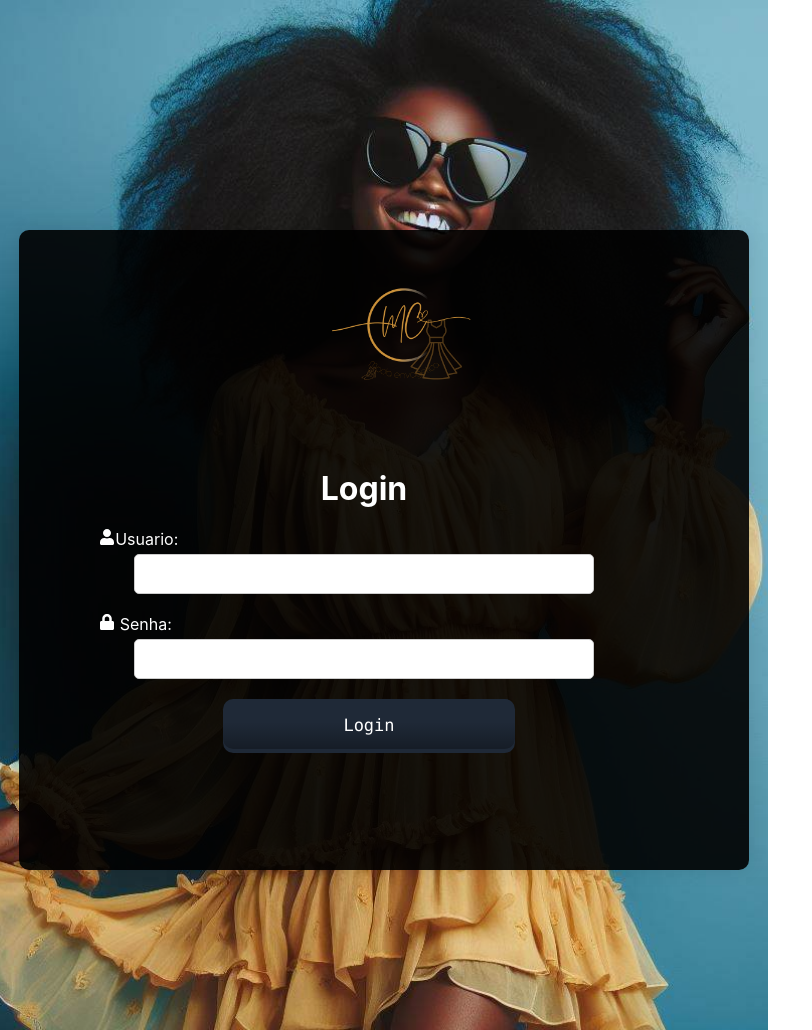
Repository: Mixchelle/ecommerce-moda-evangelica
Page: /login-admin
The author's editor kept a copy of each file at every save. The page is drawn from the files as they stood at one save, then again after the next save.
The browser window is 768 px wide. The page is 768 px wide, then 812 px, so the pictures cover 812 px, including what lies to the right of the window. The pictures show the whole page.
The project was rebuilt for these pictures with package versions that can differ from the ones it lists, and the page was loaded fresh each time. Also part of the build but not shown: src/components/Header.js, src/components/CategoriesFilter.js, src/pages/Home.js, src/pages/Login.js, src/pages/Admin.js, src/pages/Cart.js.

Above is the page before, as saved 2024-04-29 22:31:06.

After the next save:
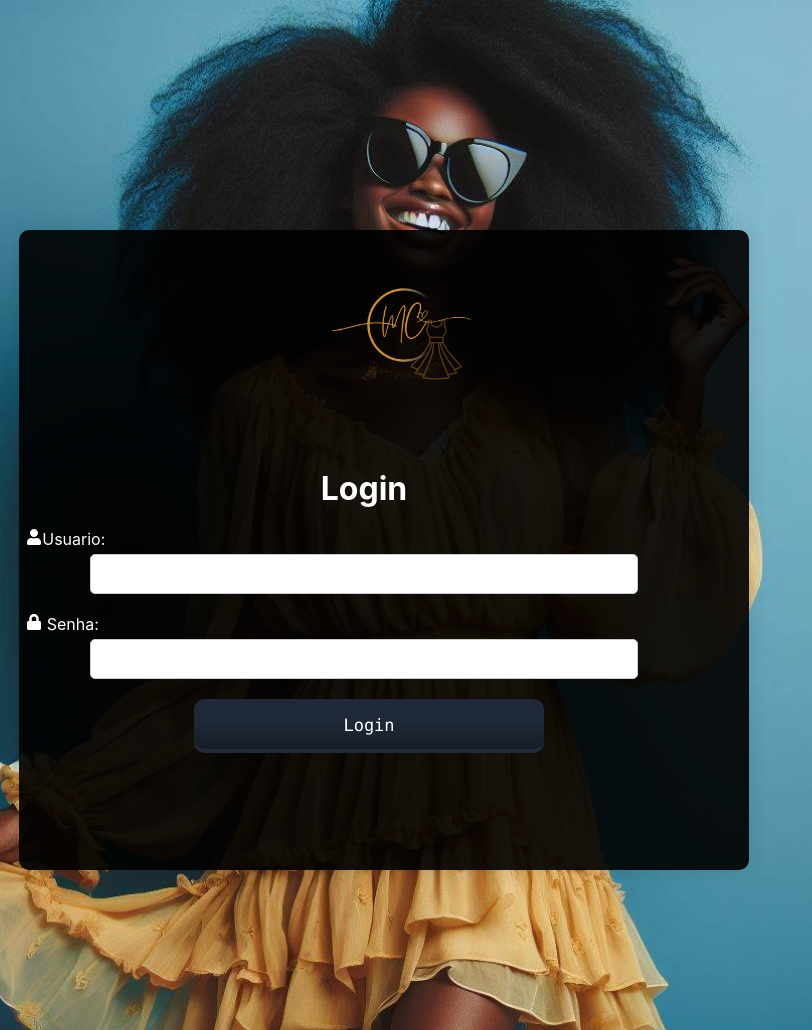
Saved 5 s later.
--- a/src/style/Login.css
+++ b/src/style/Login.css
@@ -164,7 +164,7 @@
 
   .form-container {
     flex: 2;
-width: 100%;
+width: 120%;
 padding: 10px;
 
 
